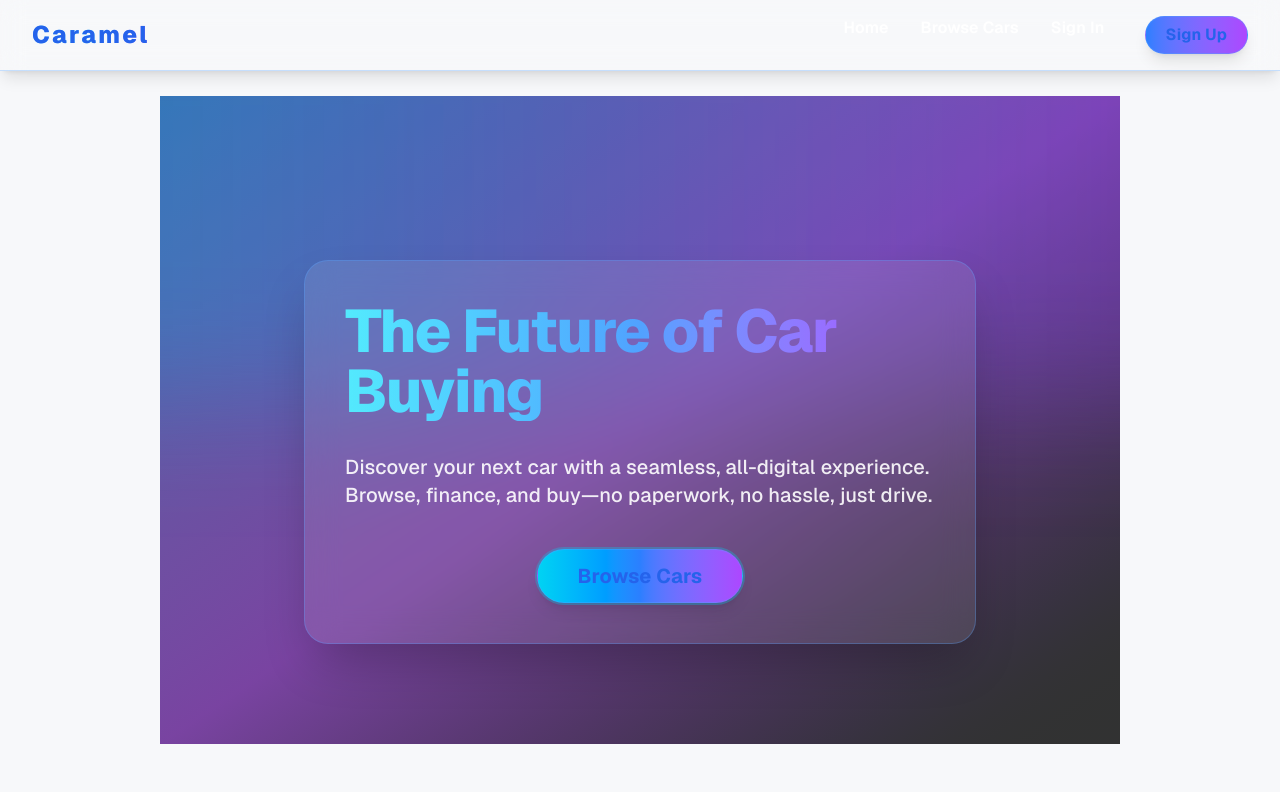
Repository: virat07/sellyourcar
Page: /
The author's editor kept a copy of each file at every save. The page is drawn from the files as they stood at one save, then again after the next save.
The browser window is 1280 px wide. The pictures show the whole page.
The project was rebuilt for these pictures with package versions that can differ from the ones it lists, and the page was loaded fresh each time. The framework's server and built-in components were replaced by stand-ins that run in the browser. Also part of the build but not shown: next.config.ts.

Above is the page before, as saved 2025-07-18 15:08:21.

### src/app/layout.tsx
import type { Metadata } from "next";
import { Geist, Geist_Mono } from "next/font/google";
import "./globals.css";
import NavBar from "../components/NavBar";

const geistSans = Geist({
  variable: "--font-geist-sans",
  subsets: ["latin"],
});

const geistMono = Geist_Mono({
  variable: "--font-geist-mono",
  subsets: ["latin"],
});

export const metadata: Metadata = {
  title: "Create Next App",
  description: "Generated by create next app",
};

export default function RootLayout({
  children,
}: Readonly<{
  children: React.ReactNode;
}>) {
  return (
    <html lang="en">
      <body className={`${geistSans.variable} ${geistMono.variable} antialiased bg-[var(--background)] text-[var(--foreground)]`}>
        <NavBar />
        <div className="max-w-5xl mx-auto px-4 sm:px-8 pt-24 pb-12">
          {children}
        </div>
      </body>
    </html>
  );
}

### src/app/page.tsx
import Image from "next/image";

export default function Home() {
  return (
    <main className="relative flex flex-col items-center justify-center min-h-[90vh] pt-32 pb-16 px-4 overflow-hidden">
      {/* Animated gradient background */}
      <div className="absolute inset-0 -z-10 bg-gradient-to-br from-blue-900 via-purple-900 to-black animate-gradient-move opacity-80" />
      <div className="absolute -top-32 left-1/2 -translate-x-1/2 w-[120vw] h-[60vh] bg-gradient-to-r from-cyan-400/30 via-blue-500/20 to-purple-600/30 rounded-full blur-3xl animate-pulse-slow" />
      <section className="relative z-10 max-w-2xl w-full mx-auto bg-white/10 backdrop-blur-lg rounded-3xl shadow-2xl border border-blue-400/30 p-10 flex flex-col items-center gap-6">
        <h1 className="text-5xl sm:text-6xl font-extrabold tracking-tight text-transparent bg-clip-text bg-gradient-to-r from-cyan-300 via-blue-400 to-purple-500 animate-gradient-x mb-2">
          The Future of Car Buying
        </h1>
        <p className="text-lg sm:text-xl text-white/90 font-medium mb-4">
          Discover your next car with a seamless, all-digital experience. Browse, finance, and buy—no paperwork, no hassle, just drive.
        </p>
        <a
          href="/cars"
          className="inline-block px-10 py-3 bg-gradient-to-r from-cyan-400 via-blue-500 to-purple-500 text-white text-xl font-bold rounded-full shadow-lg hover:from-blue-500 hover:to-cyan-400 transition-all border border-blue-400/40 ring-2 ring-cyan-400/30 animate-glow"
        >
          Browse Cars
        </a>
      </section>
    </main>
  );
}

### src/app/globals.css
@import "tailwindcss";

:root {
  --background: #f7f8fa;
  --foreground: #18181b;
  --accent: #2563eb;
  --border: #e5e7eb;
}

body {
  background: var(--background);
  color: var(--foreground);
  font-family: var(--font-geist-sans, Arial, Helvetica, sans-serif);
  font-weight: 400;
  letter-spacing: 0.01em;
  line-height: 1.6;
  margin: 0;
  padding: 0;
}

* {
  box-sizing: border-box;
}

a {
  color: var(--accent);
  text-decoration: none;
  transition: color 0.2s;
}
a:hover {
  text-decoration: underline;
  color: #1d4ed8;
}

input, button, textarea, select {
  font-family: inherit;
  font-size: 1rem;
}

### src/components/NavBar.tsx
import Link from "next/link";

export default function NavBar() {
  return (
    <nav className="w-full backdrop-blur-md bg-white/10 border-b border-blue-400/30 shadow-lg py-4 px-8 flex items-center justify-between fixed top-0 left-0 z-50">
      <div className="text-2xl font-extrabold tracking-widest text-transparent bg-clip-text bg-gradient-to-r from-blue-400 via-cyan-300 to-purple-500 animate-gradient-x">
        <Link href="/">Caramel</Link>
      </div>
      <div className="flex gap-8 text-base font-semibold">
        <Link href="/" className="relative group">
          <span className="text-white group-hover:text-cyan-300 transition">Home</span>
          <span className="absolute left-0 -bottom-1 w-0 h-0.5 bg-cyan-400 group-hover:w-full transition-all duration-300"></span>
        </Link>
        <Link href="/cars" className="relative group">
          <span className="text-white group-hover:text-cyan-300 transition">Browse Cars</span>
          <span className="absolute left-0 -bottom-1 w-0 h-0.5 bg-cyan-400 group-hover:w-full transition-all duration-300"></span>
        </Link>
        <Link href="/auth/signin" className="relative group">
          <span className="text-white group-hover:text-cyan-300 transition">Sign In</span>
          <span className="absolute left-0 -bottom-1 w-0 h-0.5 bg-cyan-400 group-hover:w-full transition-all duration-300"></span>
        </Link>
        <Link href="/auth/signup" className="ml-2 px-5 py-1.5 bg-gradient-to-r from-blue-500 to-purple-500 text-white rounded-full shadow-lg hover:from-cyan-400 hover:to-blue-600 transition-all font-bold border border-blue-400/40">
          Sign Up
        </Link>
      </div>
    </nav>
  );
}

After the next save:
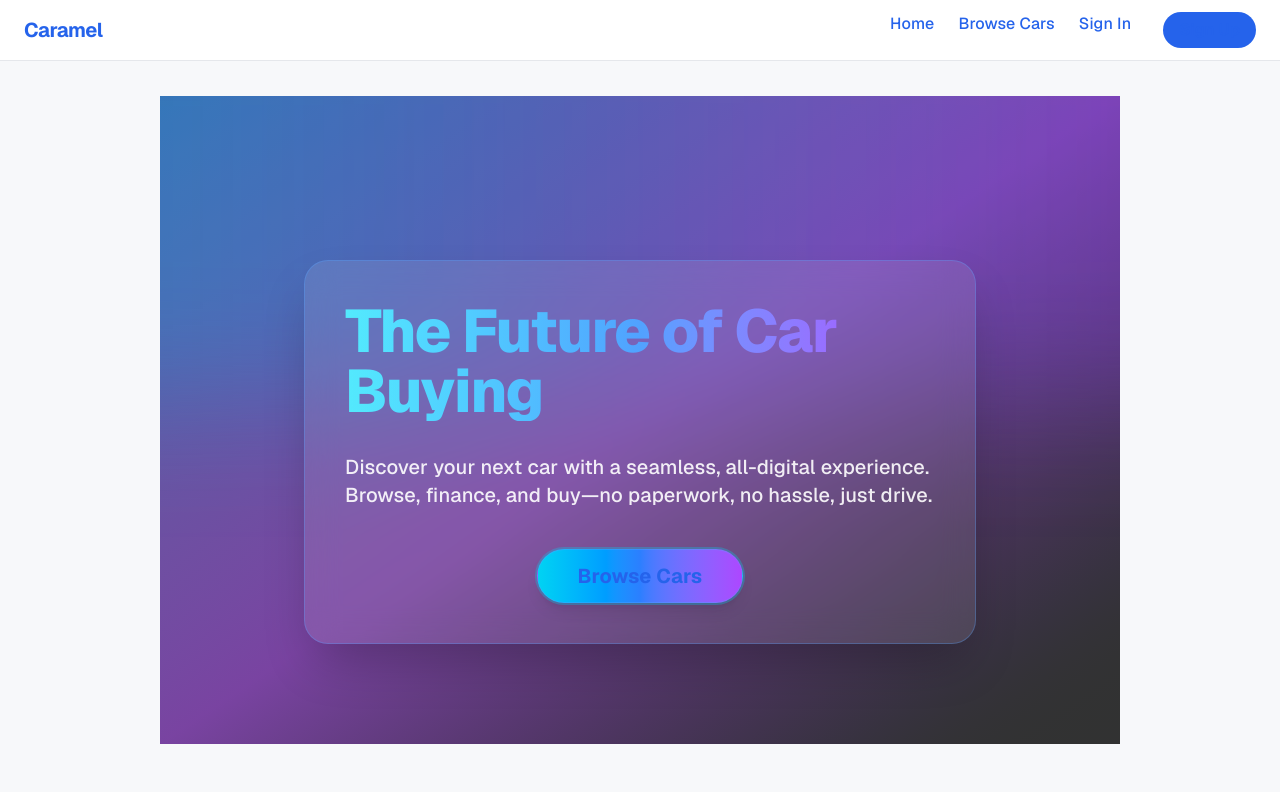
Saved 6 s later.
--- a/src/components/NavBar.tsx
+++ b/src/components/NavBar.tsx
@@ -2,26 +2,15 @@ import Link from "next/link";
 
 export default function NavBar() {
   return (
-    <nav className="w-full backdrop-blur-md bg-white/10 border-b border-blue-400/30 shadow-lg py-4 px-8 flex items-center justify-between fixed top-0 left-0 z-50">
-      <div className="text-2xl font-extrabold tracking-widest text-transparent bg-clip-text bg-gradient-to-r from-blue-400 via-cyan-300 to-purple-500 animate-gradient-x">
+    <nav className="w-full bg-white border-b border-[var(--border)] py-3 px-6 flex items-center justify-between fixed top-0 left-0 z-50 shadow-none">
+      <div className="text-xl font-bold tracking-tight text-[var(--accent)]">
         <Link href="/">Caramel</Link>
       </div>
-      <div className="flex gap-8 text-base font-semibold">
-        <Link href="/" className="relative group">
-          <span className="text-white group-hover:text-cyan-300 transition">Home</span>
-          <span className="absolute left-0 -bottom-1 w-0 h-0.5 bg-cyan-400 group-hover:w-full transition-all duration-300"></span>
-        </Link>
-        <Link href="/cars" className="relative group">
-          <span className="text-white group-hover:text-cyan-300 transition">Browse Cars</span>
-          <span className="absolute left-0 -bottom-1 w-0 h-0.5 bg-cyan-400 group-hover:w-full transition-all duration-300"></span>
-        </Link>
-        <Link href="/auth/signin" className="relative group">
-          <span className="text-white group-hover:text-cyan-300 transition">Sign In</span>
-          <span className="absolute left-0 -bottom-1 w-0 h-0.5 bg-cyan-400 group-hover:w-full transition-all duration-300"></span>
-        </Link>
-        <Link href="/auth/signup" className="ml-2 px-5 py-1.5 bg-gradient-to-r from-blue-500 to-purple-500 text-white rounded-full shadow-lg hover:from-cyan-400 hover:to-blue-600 transition-all font-bold border border-blue-400/40">
-          Sign Up
-        </Link>
+      <div className="flex gap-6 text-base font-medium">
+        <Link href="/" className="hover:text-[var(--accent)] transition-colors">Home</Link>
+        <Link href="/cars" className="hover:text-[var(--accent)] transition-colors">Browse Cars</Link>
+        <Link href="/auth/signin" className="hover:text-[var(--accent)] transition-colors">Sign In</Link>
+        <Link href="/auth/signup" className="ml-2 px-4 py-1.5 bg-[var(--accent)] text-white rounded-full hover:bg-blue-700 transition-colors font-semibold">Sign Up</Link>
       </div>
     </nav>
   );
